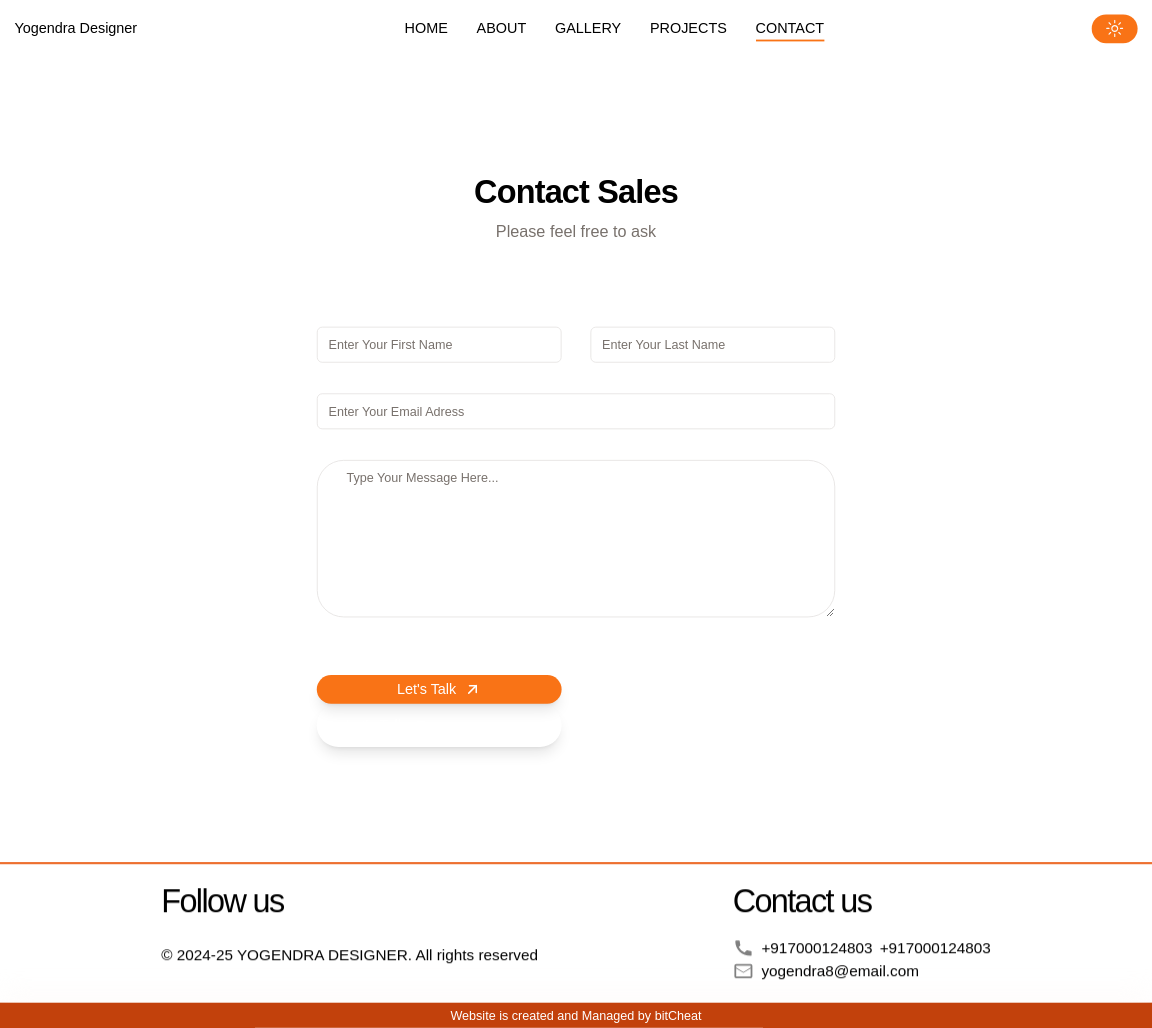
Repository: hitoutvrma/MB_designs-Interior-Designing-website
Page: /contact
An editor plug-in stored every save of this project. The page is shown before and after the next save, followed by the edit.
The browser window is 1280 px wide. The pictures show the whole page, at 90% of full size.
The project was rebuilt for these pictures with package versions that can differ from the ones it lists, and the page was loaded fresh each time. The framework's server and built-in components were replaced by stand-ins that run in the browser. Also part of the build but not shown: next.config.mjs.

Above is the page before, as saved 2024-09-16 19:44:42.

After the next save:
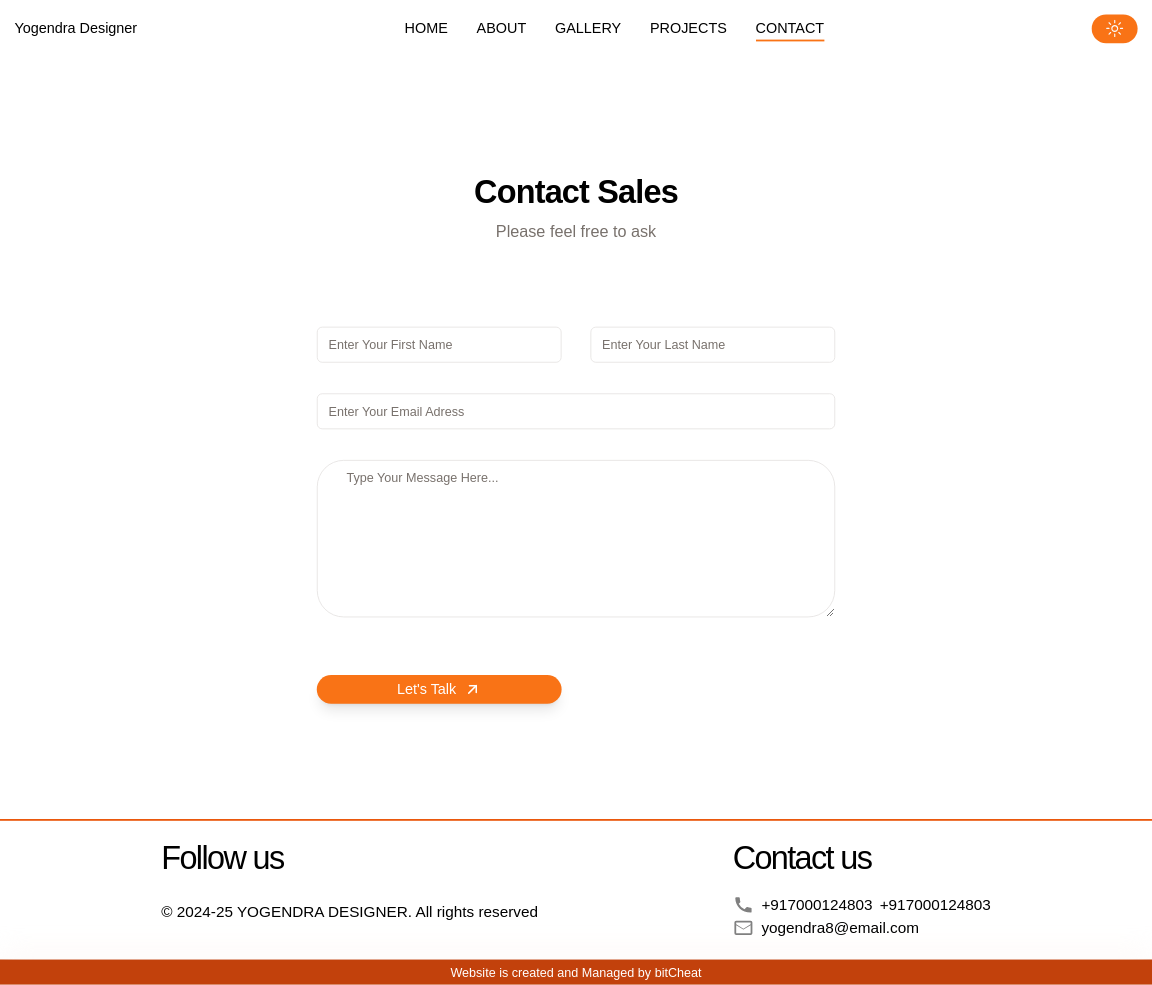
Saved 15 s later.
--- a/app/contact/page.jsx
+++ b/app/contact/page.jsx
@@ -30,7 +30,6 @@ export default function ContactSection(){
               </div>
               <div className="mt-10">
                 <Button type="submit" className="flex w-full items-center px-8 py-3 text-white rounded-full shadow-lg hover:bg-gray-800 hover:ring-2 hover:ring-gray-950 ring-offset-2">Let's Talk<TbArrowUpRight className="w-5 h-5 ml-2"/></Button>
-                <button type="submit" className="flex w-full items-center px-8 py-3 text-white rounded-full shadow-lg hover:bg-gray-800 hover:ring-2 hover:ring-gray-950 ring-offset-2">Let's Talk<TbArrowUpRight className="w-5 h-5 ml-2"/></button>
                  </div>
             </div>
 
